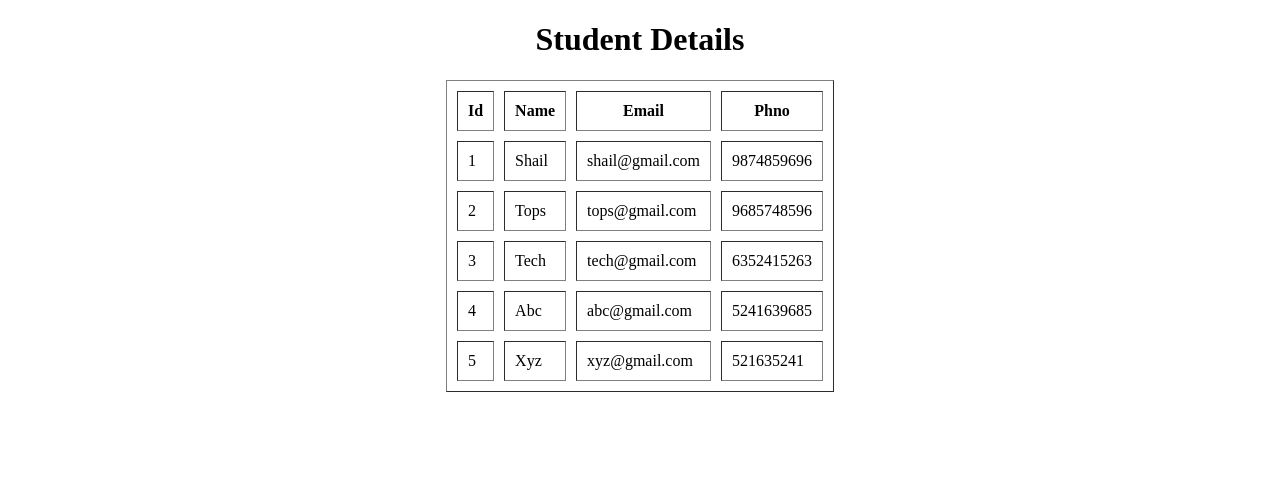
Repository: Chintan-elite/Java_Shail
Page: Learning_web/src/main/webapp/Table.html
These files come from the project's save history. The page is drawn as it stood at one moment and after the next save; the edit follows.
The browser window is 1280 px wide. The pictures show the whole page.

Above is the page before, as saved 2023-09-11 11:45:07.

### Learning_web/src/main/webapp/Table.html
<!DOCTYPE html>
<html>
<head>
<meta charset="ISO-8859-1">
<title>Insert title here</title>
</head>
<body>
		<h1 align="center">Student Details</h1>

		<table border="1" align="center" cellpadding="10" cellspacing="10">
		<tr>
			<th>Id</th>
			<th>Name</th>
			<th>Email</th>
			<th>Phno</th>
		</tr>

		<tr>
			<td>1</td>
			<td>Shail</td>
			<td>shail@gmail.com</td>
			<td>9874859696</td>
		</tr>

		<tr>
			<td>2</td>
			<td>Tops</td>
			<td>tops@gmail.com</td>
			<td>9685748596</td>
		</tr>

		<tr>
			<td>3</td>
			<td>Tech</td>
			<td>tech@gmail.com</td>
			<td>6352415263</td>
		</tr>

		<tr>
			<td>4</td>
			<td>Abc</td>
			<td>abc@gmail.com</td>
			<td>5241639685</td>
		</tr>

		<tr>
			<td>5</td>
			<td>Xyz</td>
			<td>xyz@gmail.com</td>
			<td>521635241</td>
		</tr>


		</table>




</body>
</html>

After the next save:
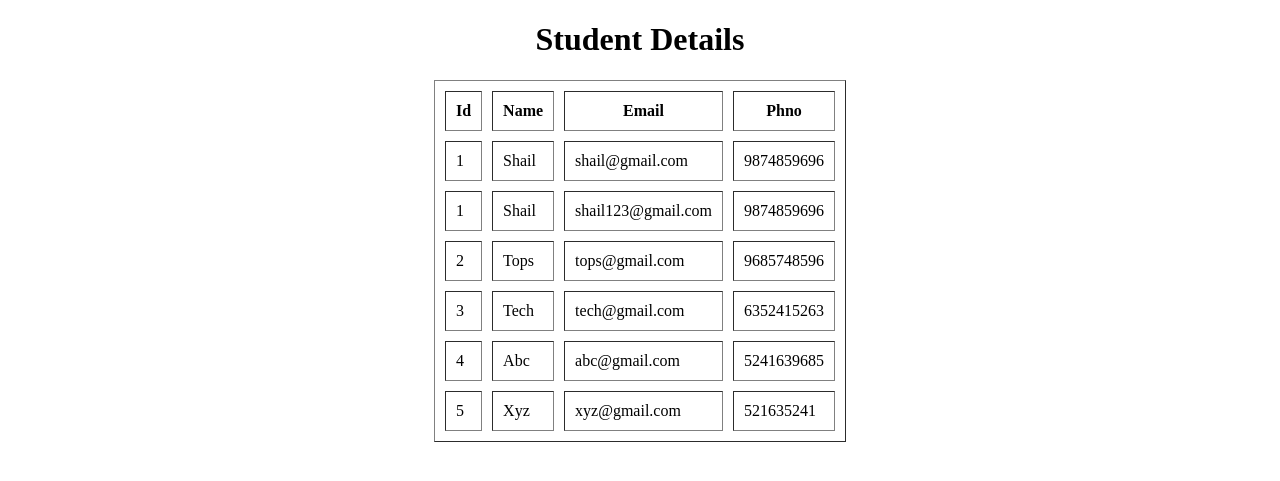
Saved 75 s later.
--- a/Learning_web/src/main/webapp/Table.html
+++ b/Learning_web/src/main/webapp/Table.html
@@ -19,6 +19,13 @@
 			<td>1</td>
 			<td>Shail</td>
 			<td>shail@gmail.com</td>
+			<td>9874859696</td>
+		</tr>
+
+		<tr>
+			<td>1</td>
+			<td>Shail</td>
+			<td>shail123@gmail.com</td>
 			<td>9874859696</td>
 		</tr>
 
